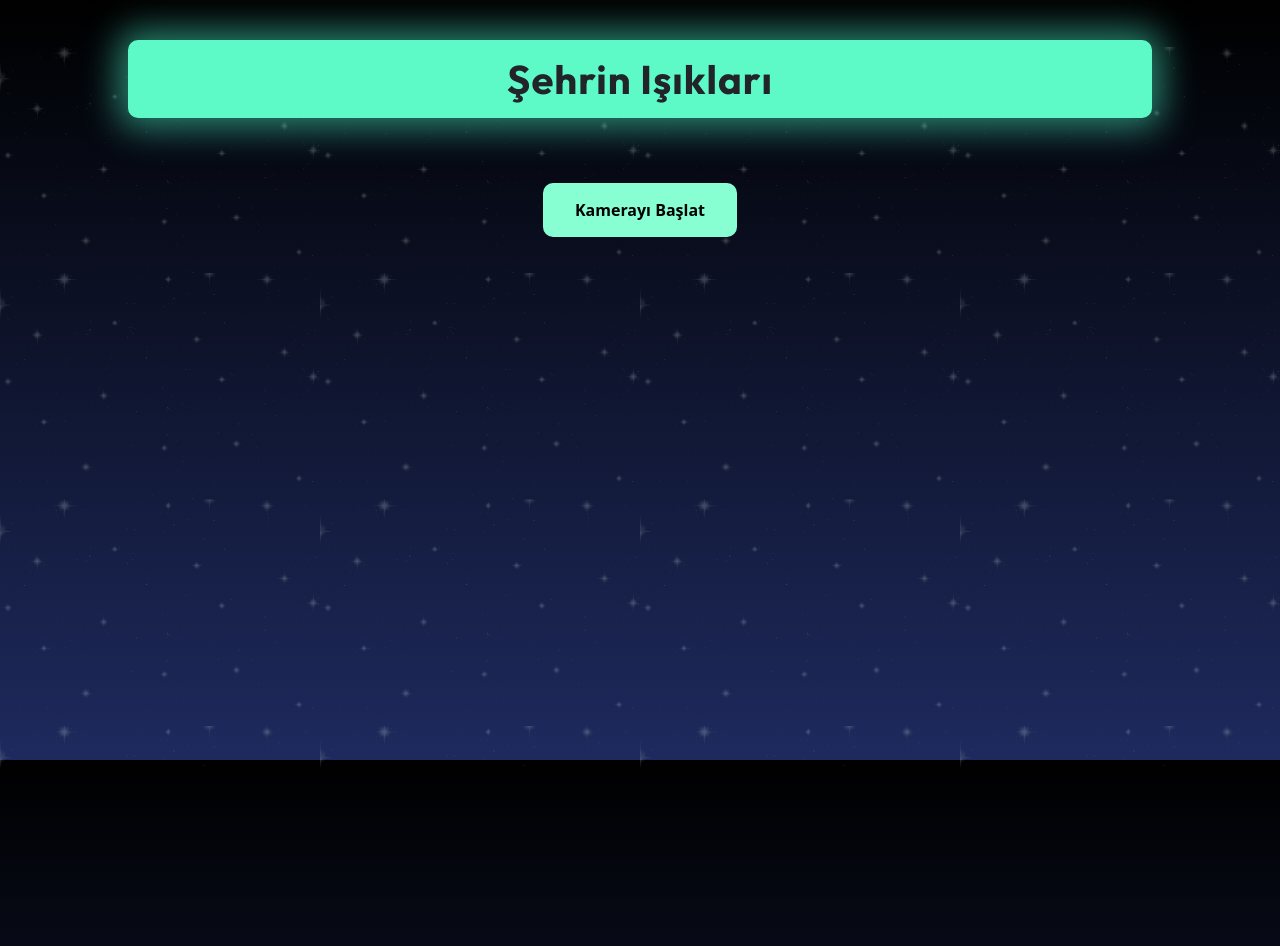
Repository: BiranOrundas/CameraQR
Page: index.html
An editor plug-in stored every save of this project. The page is shown before and after the next save, followed by the edit.
The browser window is 1280 px wide. The pictures show the whole page.

Above is the page before, as saved 2024-08-29 15:48:38.

### index.html
<!DOCTYPE html>
<html lang="tr">
<head>
    <meta charset="UTF-8">
    <title>Şehrin Işıkları</title>
<link rel="stylesheet" href="style.css">
<link href="https://cdn.jsdelivr.net/npm/bootstrap@5.3.3/dist/css/bootstrap.min.css" rel="stylesheet" integrity="sha384-QWTKZyjpPEjISv5WaRU9OFeRpok6YctnYmDr5pNlyT2bRjXh0JMhjY6hW+ALEwIH" crossorigin="anonymous">
</head>
<body class="mx-auto">
    <div id="stars">

    </div>
    <div class="header">
        <h1 class="outfit">Şehrin Işıkları</h1>
    </div>
    <div style="align-items: center; justify-content: center; text-align: center;">
    <button class="button" id="start-camera">Kamerayı Başlat</button>
</div>
    <video id="camera" autoplay playsinline></video>
    <div style="align-items: center; justify-content: center; text-align: center;">
    <button class="button" id="take-photo" >Fotoğraf Çek</button>
    </div>
    <canvas id="canvas" ></canvas>
    <div class="row mx-auto align-items-center">
          <div class="col-12 col-md-8">
    <img id="photo"  alt="Çekilen Fotoğraf">
        </div>
    <div class="col-12 col-md-4 mx-auto justify-content-center ">
        <h1 id="qrinfo">Fotografınızı QR kodu okutarak indirebilirsiniz.</h1>
    <div class="text-center mx-auto" id="qrcode"></div>
    </div>
    </div>
    <div id="qrdiv" class="mt-5 py-5" style="align-items: center; justify-content: center; text-align: center;">
    <button id="download-qr" class="button" style="display: none;">QR Kodunu İndir</button>
    <button id="try-again" class="button" style="display: none;">Yeniden Çek</button>
    </div>



    <script src="qrious.js"></script>
    <script src="script.js"></script>
</body>
</html>

### style.css
@import url('https://fonts.googleapis.com/css2?family=Outfit:wght@100..900&display=swap');



.outfit {
  font-family: "Outfit", sans-serif;
  font-optical-sizing: auto;
  font-weight: 700;
  font-style: normal;
}

#stars{
  position: absolute;
  background-image: url(stars.png);
  height: 100vh;
  width: 100vw;
  margin-left: -10%;
  object-fit: cover;
  z-index: -1;
  opacity: 0.2;
  background-repeat: repeat;
  background-size: 25%;
  animation-name: slide;
  animation-duration: 14s;
  animation-direction: normal;
  animation-iteration-count: infinite;
}

@keyframes slide {
  0% {top: 0px;}
  50% {top: 50px;}
   100% {top: 0px;}
}
body{
    margin-left:auto ;
    margin-right:auto ;
    align-items: center;
    justify-content: center;
    max-width: 80vw !important;
    height: 100vh !important;
    /* background-image: repeating-linear-gradient(to bottom, #1E2A5E 10%, #38444d 5% ) !important; */
    background-image: linear-gradient(to bottom, rgba(0,0,0,1), rgba(30,42,94,1));
}

#camera {
    display: grid;
    visibility: hidden;
    justify-content: center;
    margin: auto;
    width: 100%;
    max-width: 1400px;
    height: 75vh;
    object-fit: cover;
    border-radius: 10px;
    box-shadow: #ffffffda 0px 0px 65px 10px;
    border: #fff 1px solid;
    border-style: dotted;
}

#photo {
    border:rgb(93, 250, 200) 1px solid;
    display: none;
    width: 50vw;
    height: 60vh;
    margin-top: 10px;
    justify-content: center;
    border-radius: 15px;
    object-fit: cover;
    box-shadow: rgba(242, 242, 242, 0.53) 0px 0px 35px 10px;
}

#qrcode {
   width: 20vw;
   height: auto;
}

#take-photo{
display: none;
}
#canvas{
display: none ;
}

.button {
    background-color: #87ffd3; /* Green */
    border: none;
    color: #000000;
    padding: 15px 32px;
    text-align: center;
    text-decoration: none;
    font-weight: 700;
    display: inline-block;
    font-size: 16px;
    border-radius: 10px;
    transition: 0.5s;
    justify-content: center;
    align-items: center;
    margin: 25px;


  }

  .button:hover{
    background-color: #005e3c; /* Green */
    cursor: pointer;
    color: #fff;
    box-shadow: #ffffff 0px 0px 15px 5px;
    transition: 0.5s;
    border: #fff 1px solid;
  }

  h1{
    justify-content: center;
    text-align: center;
    font-size: 2.5rem;
    color: rgb(255, 255, 255);
    letter-spacing: 1px;
    padding: 15px 10px;
  }

  .header{
    background-color: rgb(93, 250, 200);
    border-radius: 10px;
    width: 80vw;
    justify-content: center;
    align-items: center;
    text-align: center;
    flex-wrap: initial;
    margin-left: auto;
    margin-right: auto;
    margin-top: 40px;
    margin-bottom: 40px;
    box-shadow: rgba(74, 246, 203, 0.53) 0px 0px 35px 10px;


  }

  #qrinfo{
    color: #fff;
    text-shadow: #fff 0px 0px 15px;
    font-size: 2.5rem;
    margin-bottom: 40px;
    display: none;
  }

  @media only screen and (max-width: 680px){

    #camera {
        display: grid;
        visibility: hidden;
        justify-content: center;
        margin: auto;
        height: 60vh;
        object-fit: cover;
        border-radius: 10px;
        box-shadow: #55555588 2px 10px 35px 1px;
    }

    #photo {
        border:rgb(93, 250, 200) 1px solid;
        display: none;
        width: 75vw;
        height: 50vh;
        margin-top: 10px;
        justify-content: center;
        border-radius: 15px;
        object-fit: cover;
        box-shadow: rgba(242, 242, 242, 0.53) 0px 0px 35px 10px;
    }

    #qrcode {
        width: 50vw;
        height: auto;
     }

     #qrinfo{
        color: #fff;
        text-shadow: #fff 0px 0px 15px;
        font-size: 1.8rem;
        margin-bottom: 40px;
        margin-top: 40px;
        display: none;
      }

  }

### script.js
document.getElementById('start-camera').addEventListener('click', async function () {

    const cam = document.getElementById('start-camera');
    const video = document.getElementById('camera');
    const takePhotoButton = document.getElementById('take-photo');
    const stream = await navigator.mediaDevices.getUserMedia({ video: true });
    video.srcObject = stream;
    video.style.display = 'block';
    video.style.visibility = 'visible';
    cam.style.display = 'none';
    takePhotoButton.style.display = 'inline';
});
document.getElementById('start-camera').addEventListener('touchstart', async function () {
    const video = document.getElementById('camera');
    const takePhotoButton = document.getElementById('take-photo');
    const stream = await navigator.mediaDevices.getUserMedia({ video: true });
    video.srcObject = stream;
    video.style.display = 'block';
    video.style.visibility = 'visible';
    takePhotoButton.style.display = 'inline';
});



document.getElementById('take-photo').addEventListener('click', function () {
    const takePhoto = document.getElementById('take-photo');
    const again = document.getElementById('try-again');
    const canvas = document.getElementById('canvas');
    const video = document.getElementById('camera');
    const photo = document.getElementById('photo');
    const qrCodeDiv = document.getElementById('qrcode');
    const downloadButton = document.getElementById('download-qr');
    const qrinfo = document.getElementById('qrinfo');

    canvas.width = video.videoWidth;
    canvas.height = video.videoHeight;
    canvas.getContext('2d').drawImage(video, 0, 0);

    // Fotoğrafı göster
    const photoData = canvas.toDataURL('image/png');
    photo.src = photoData;

    // Fotoğrafı sunucuya yükle
    fetch('upload.php', {
        method: 'POST',
        headers: {
            'Content-Type': 'application/x-www-form-urlencoded'
        },
        body: 'photo=' + encodeURIComponent(photoData)
    })
    .then(response => response.text()) // JSON yerine text olarak yanıtı alın
    .then(text => {
        console.log("Gelen yanıt:", text); // Konsola dönen yanıtı yazdır
        try {
            const data = JSON.parse(text); // Yanıtı JSON'a çevir
            if (data.url) {
                // Fotoğrafın URL'sini kullanarak QR kodu oluştur
                const qr = new QRious({
                    value: window.location.origin + '/' + data.url,
                    size: 250
                });
                qrCodeDiv.innerHTML = ''; // QR kod div'ini temizle
                qrCodeDiv.appendChild(qr.canvas); // QR kodunu ekle
                downloadButton.style.display = 'inline'; // İndir butonunu göster
                again.style.display = 'inline'; // İndir butonunu göster

                // QR kodunu indir
                downloadButton.onclick = function () {
                    const link = document.createElement('a');
                    link.href = qr.toDataURL('image/png');
                    link.download = 'qr-code.png';
                    link.click();
                };
            } else {
                alert("Fotoğraf yüklenemedi. Hata: " + data.error);
            }
        } catch (error) {
            console.error("JSON çözümleme hatası:", error); // JSON hatasını göster
        }
    })
    .catch(error => {
        console.error("Fetch hatası:", error);
    });
    takePhoto.style.display = "none"
    photo.style.display = "block";
    video.style.display = "none";
    qrinfo.style.display = "block"

    document.getElementById('try-again').addEventListener('click', async function () {
        const video = document.getElementById('camera');
        const takePhotoButton = document.getElementById('take-photo');
        const stream = await navigator.mediaDevices.getUserMedia({ video: true });
        video.srcObject = stream;
        video.style.display = 'block';
        video.style.visibility = 'visible';
        takePhotoButton.style.display = 'inline';

        if(photo.style.display == "block"){
            photo.style.display = "none"
            downloadButton.style.display = 'none'; // İndir butonunu göster
            again.style.display = 'none'; // İndir butonunu göster
            qrinfo.style.display = "none"
            qrCodeDiv.innerHTML = '';

        } else{
            console.log("fotograf belleği temizlendi.")
        }

    });
});

Loaded but not shown: qrious.js (606 lines, source omitted)

After the next save:
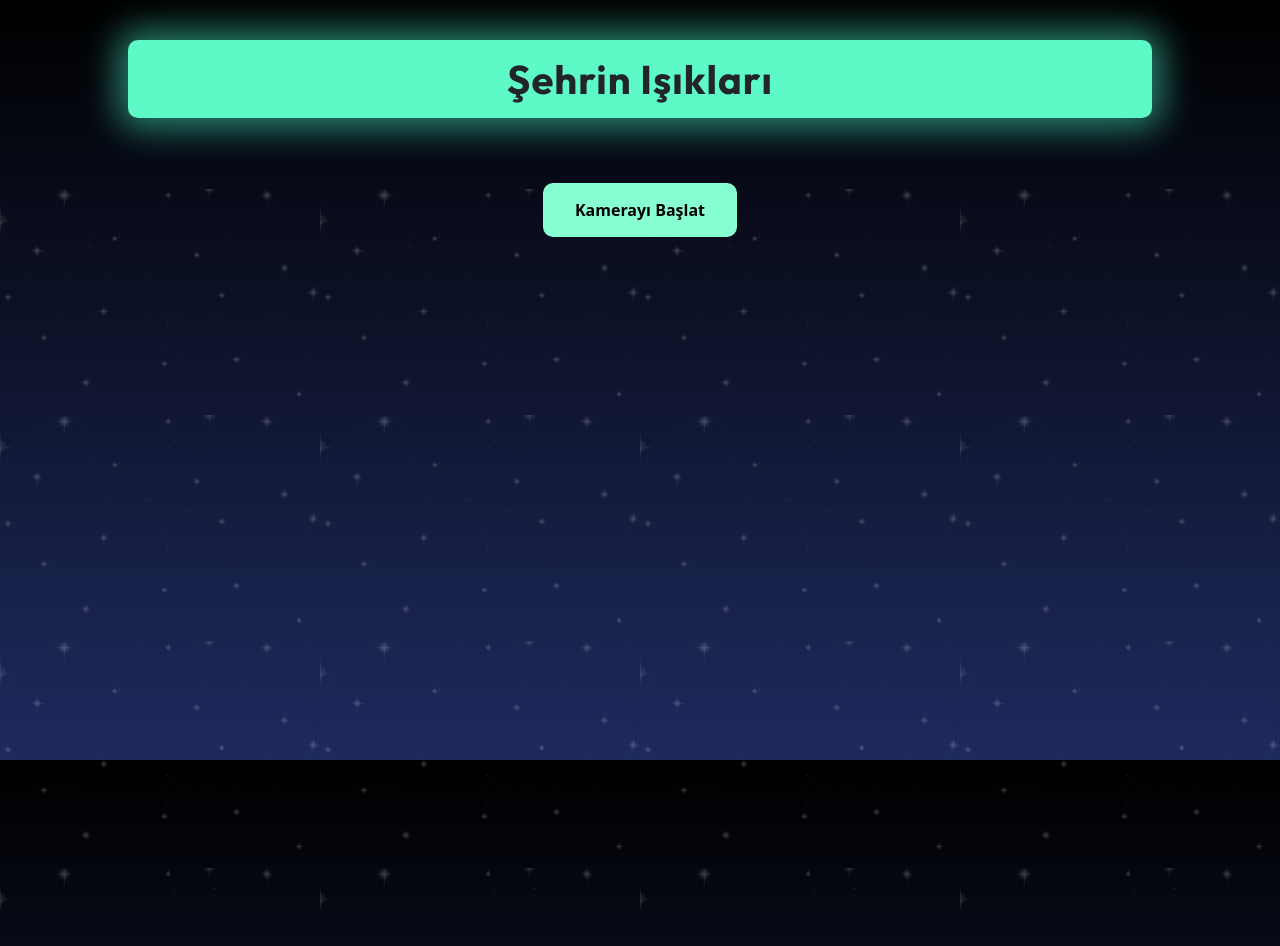
Saved 13 s later.
--- a/style.css
+++ b/style.css
@@ -28,7 +28,7 @@
 
 @keyframes slide {
   0% {top: 0px;}
-  50% {top: 50px;}
+  50% {top: 200px;}
    100% {top: 0px;}
 }
 body{
